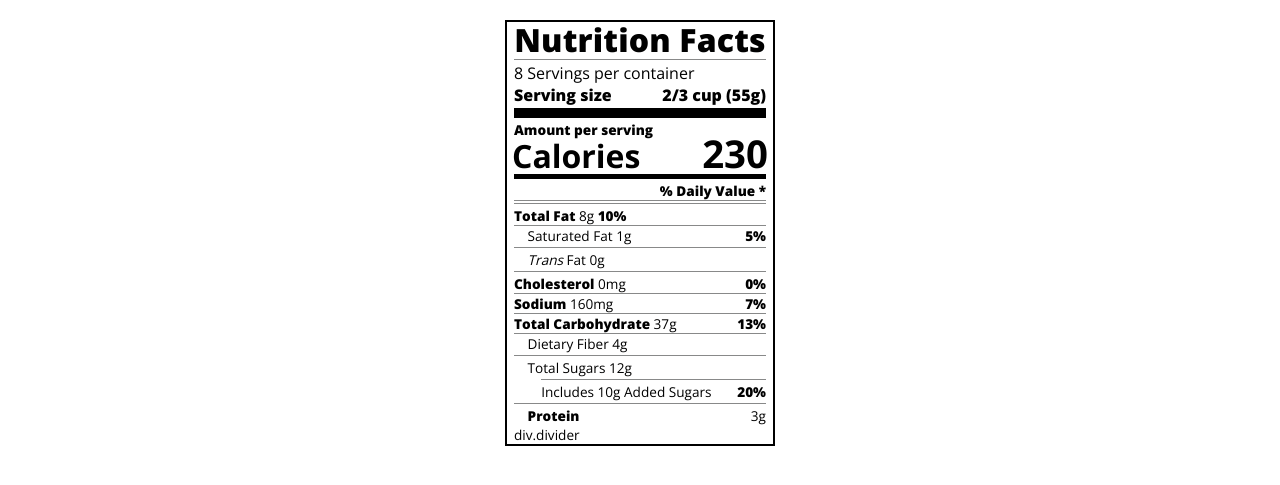
Repository: Lungdjos/typography
Page: index.html
These files come from the project's save history. The page is drawn as it stood at one moment and after a run of saves; the edit follows.
The browser window is 1280 px wide. The pictures show the whole page.

Above is the page before, as saved 2023-10-28 02:51:32.

### index.html
<!DOCTYPE html>
<html lang="en">

<head>
    <meta charset="UTF-8">
    <meta name="viewport" content="width=device-width, initial-scale=1.0">
    <title>Nutrition Label</title>
    <link rel="stylesheet" href="styles.css">
    <link rel="stylesheet" href="https://fonts.googleapis.com/css?family=Open+Sans:400,700,800">
</head>

<body>
    <div class="label">
        <header>
            <h1 class="bold">Nutrition Facts</h1>
            <div class="divider"></div>
            <p>8 Servings per container</p>
            <p class="bold">Serving size <span>2/3 cup (55g)</span></p>
        </header>
        <div class="divider large"></div>
        <div class="calories-info">
            <div class="left-container">
                <h2 class="bold small-text">Amount per serving</h2>
                <p>Calories</p>
            </div>
            <span>230</span>
        </div>
        <div class="divider medium"></div>
        <div class="daily-value small-text">
            <p class="bold right">% Daily Value *</p>
            <div class="divider"></div>
            <p><span><span class="bold">Total Fat</span> 8g <span class="bold">10%</span></span>
            </p>
            <p class="indent no-divider">Saturated Fat 1g <span class="bold">5%</span></p>
            <div class="divider"></div>
            <p class="indent no-divider"><span><i>Trans</i> Fat 0g</span></p>
            <div class="divider"></div>
            <p><span><span class="bold">Cholesterol </span> 0mg</span> <span class="bold">0%</span></p>
            <p><span><span class="bold">Sodium</span> 160mg</span> <span class="bold">7%</span></p>
            <p><span><span class="bold">Total Carbohydrate</span> 37g</span> <span class="bold">13%</span></p>
            <p class="indent no-divider">Dietary Fiber 4g</p>
            <div class="divider"></div>
            <p class="indent no-divider">Total Sugars 12g</p>
            <div class="divider double-indent"></div>
            <p class="double-indent no-divider">Includes 10g Added Sugars <span class="bold">20%</span></p>
            <div class="divider"></div>
            <p class="indent no-divider"><span class="bold">Protein</span> 3g</p>
            div.divider
        </div>
    </div>

</body>

</html>

### styles.css
body {
    font-family: "Open Sans", sans-serif;
}

html {
    font-size: 16px;
}

.label {
    border: 2px solid black;
    width: 270px;
    margin: 20px auto;
    padding: 0 7px;
}

* {
    box-sizing: border-box;
}

header h1 {
    text-align: center;
    margin: -4px 0;
    letter-spacing: .15PX;
}

p {
    margin: 0;
    display: flex;
    justify-content: space-between;
}

.divider {
    border-bottom: 1px solid #888989;
    margin: 2px 0;
}

.bold {
    font-weight: 800;
}

.large {
    height: 10px;
}

.large,
.medium {
    background-color: black;
    border: 0;
}

.small-text {
    font-size: .85rem;
}

.calories-info h2 {
    margin: 0;
}

.calories-info {
    display: flex;
    justify-content: space-between;
    align-items: flex-end;
}

.left-container p {
    margin: -5px -2px;
    font-size: 2em;
    font-weight: 700;
}

.calories-info span {
    font-size: 2.4em;
    font-weight: 700;
    margin: -7px -2px;
}

.medium {
    height: 5px;
}

.right {
    justify-content: flex-end;
}

.indent {
    margin-left: 1em;
}

.daily-value p:not(.no-divider) {
    border-bottom: 1px solid #888989;
}

.double-indent {
    margin-left: 2em;
}

After the next 2 saves:
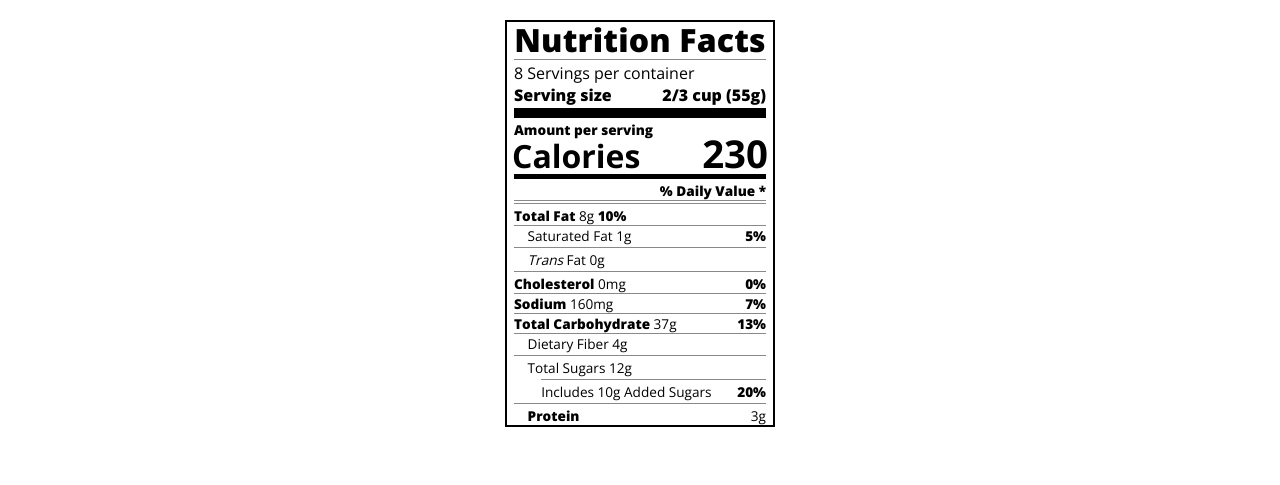
The 2 saves are shown as one change because they came seconds apart.
The last was saved 6 s later.
--- a/index.html
+++ b/index.html
@@ -45,7 +45,7 @@
             <p class="double-indent no-divider">Includes 10g Added Sugars <span class="bold">20%</span></p>
             <div class="divider"></div>
             <p class="indent no-divider"><span class="bold">Protein</span> 3g</p>
-            div.divider
+            <div class="divider-larger"></div>
         </div>
     </div>
 
